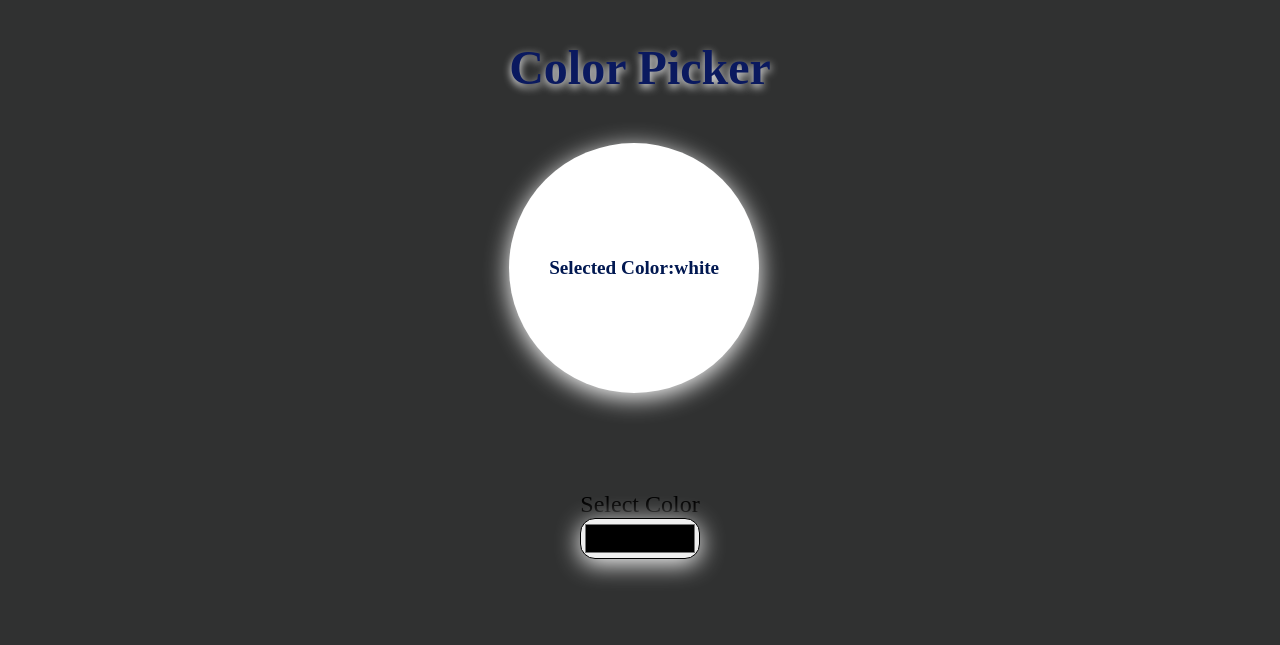
Repository: rkrukshan/Color-Picker--React-
Page: /
These files come from the project's save history. The page is drawn as it stood at one moment and after the next save; the edit follows.
The browser window is 1280 px wide. The pictures show the whole page.
The project was rebuilt for these pictures with package versions that can differ from the ones it lists, and the page was loaded fresh each time. Also part of the build but not shown: vite.config.js.

Above is the page before, as saved 2024-07-21 19:21:33.

After the next save:
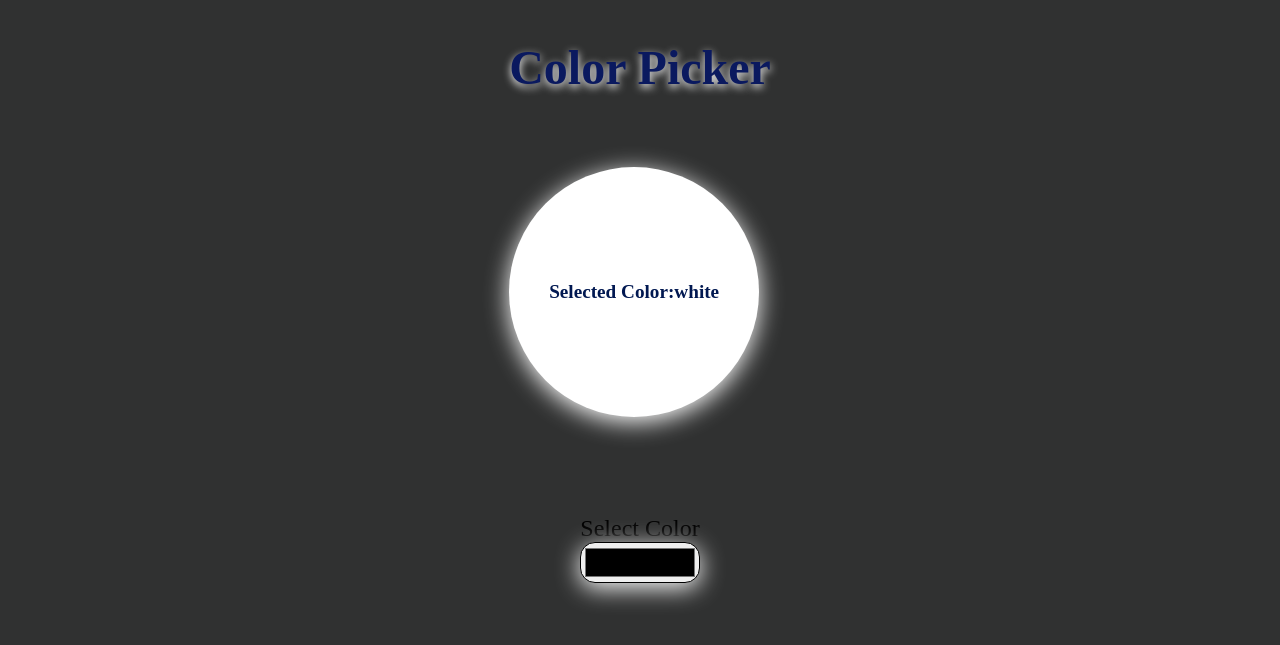
Saved 5 s later.
--- a/src/index.css
+++ b/src/index.css
@@ -11,7 +11,7 @@ body {
   color: rgb(10, 25, 95);
   font-size: 3em;
   text-shadow: 0px 3px 9px rgb(255, 255, 255);
-  margin-bottom: 1em;
+  margin-bottom: 1.5em;
 }
 .color-pad {
   height: 250px;
